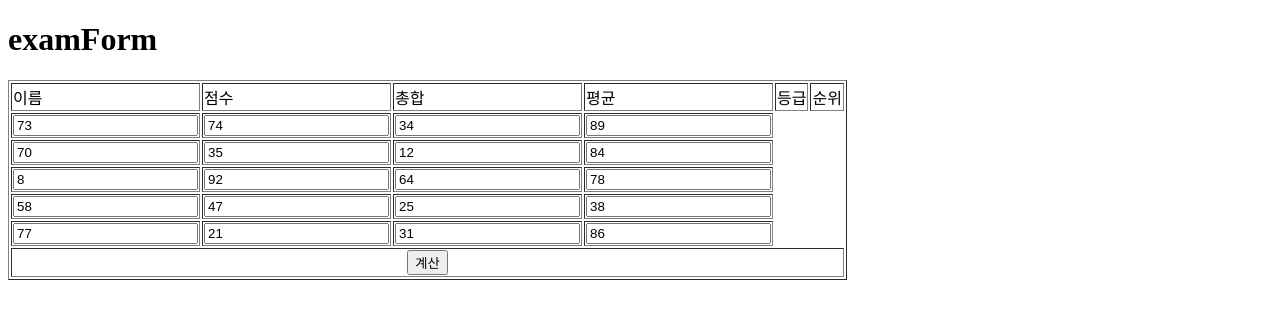
Repository: Jhoon0211/java_work
Page: http://localhost/jspProj/exam/examForm.jsp
An editor plug-in stored every save of this project. The page is shown before and after the next save, followed by the edit.
The browser window is 1280 px wide. The pictures show the whole page.
The page is served by Tomcat 9.

Above is the page before, as saved 2023-07-31 07:03:30.

After the next save:
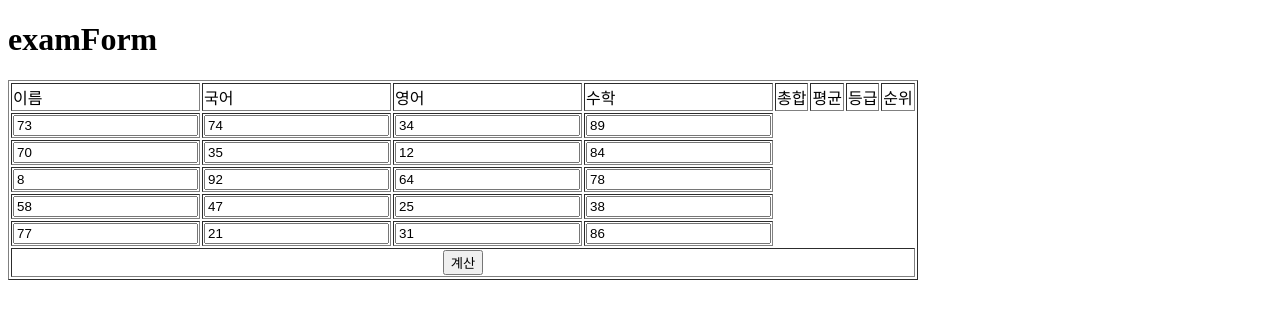
Saved 95 s later.
--- a/jspProj/src/main/webapp/exam/examForm.jsp
+++ b/jspProj/src/main/webapp/exam/examForm.jsp
@@ -12,7 +12,9 @@
 		<table border="">
 			<tr>
 				<td>이름</td>
-				<td>점수</td>
+				<td>국어</td>
+				<td>영어</td>
+				<td>수학</td>
 				<td>총합</td>
 				<td>평균</td>
 				<td>등급</td>
